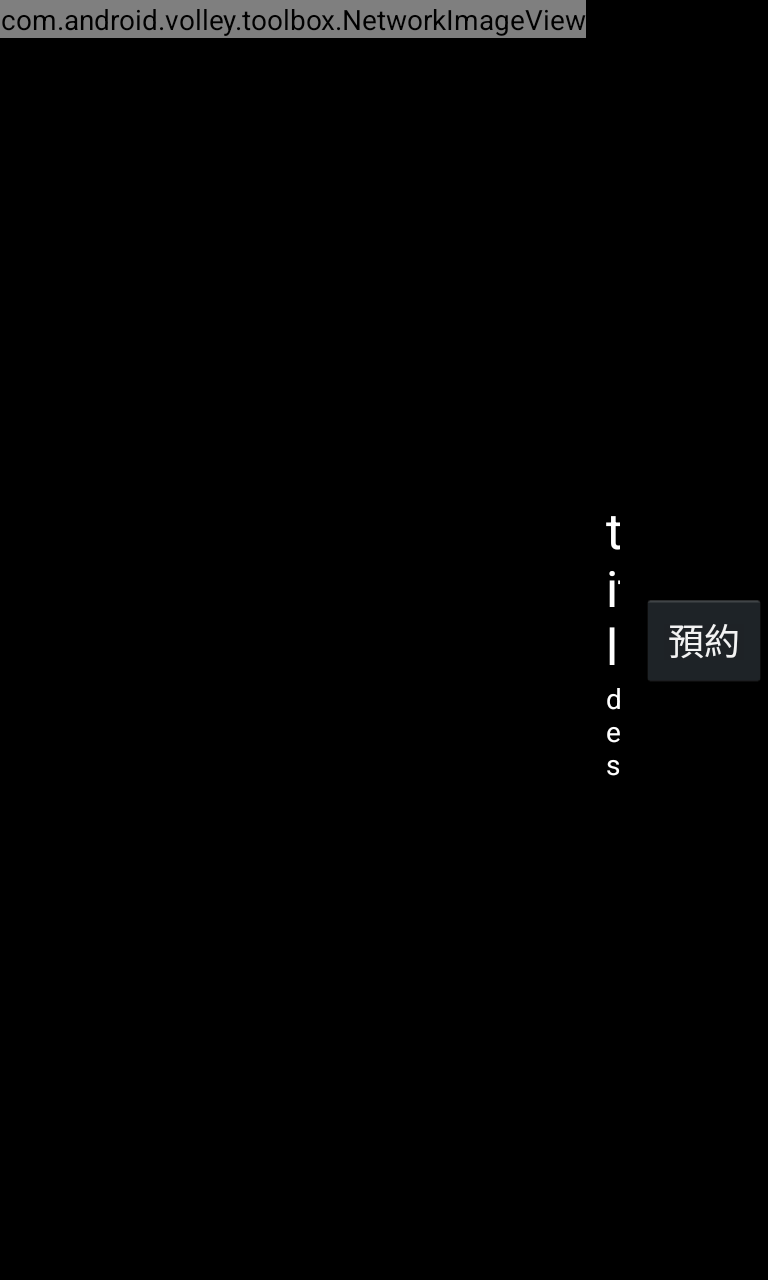
Repository: cnevinc/togather
Layout: GeorgeMe/res/layout/list_item_shop.xml
An editor plug-in stored every save of this project. The layout is shown before and after the next save, followed by the edit.
Pictures or frames that could not be fetched are drawn as grey boxes. It is drawn on a 768 x 1280 px phone screen (xhdpi) without system bars, with theme android:Theme.Holo; the app's code is not run.

Above is the layout before, as saved 2014-07-26 18:48:29.

After the next save:
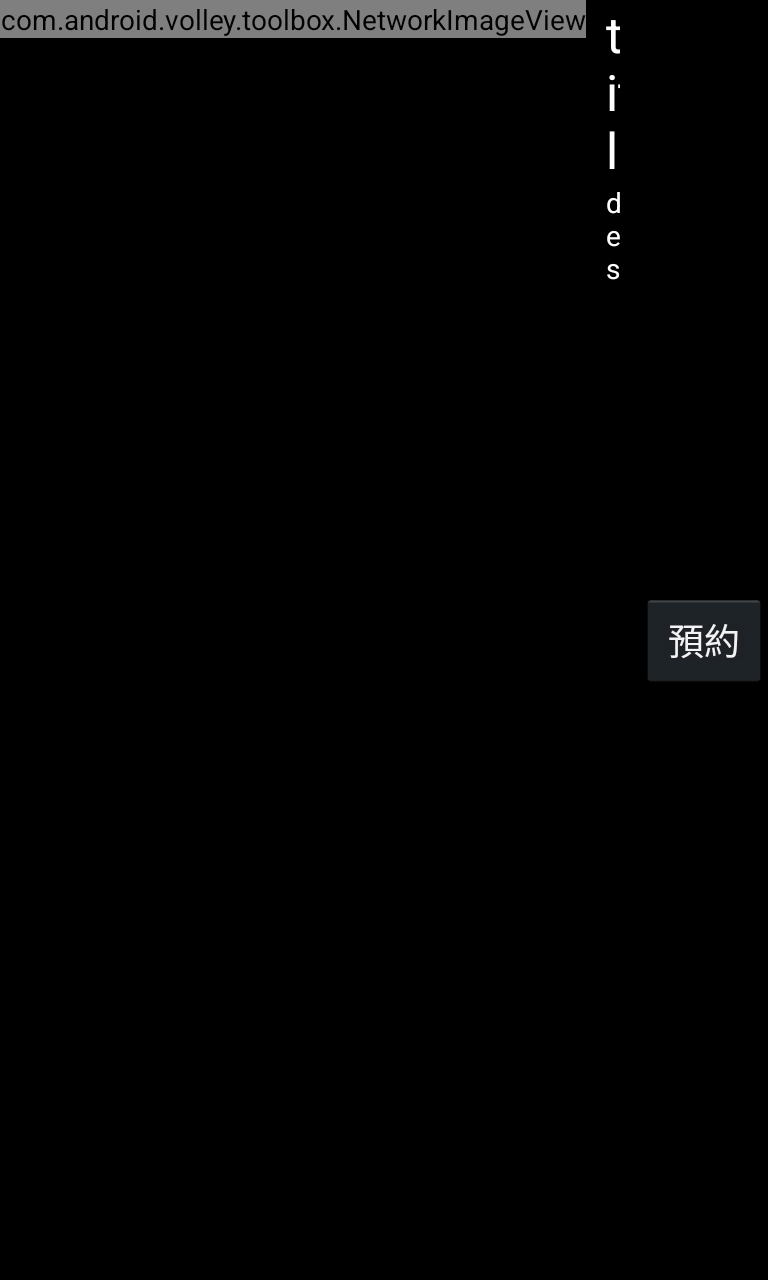
Saved 45 s later.
--- a/GeorgeMe/res/layout/list_item_shop.xml
+++ b/GeorgeMe/res/layout/list_item_shop.xml
@@ -52,7 +52,6 @@
             android:id="@+id/relativeLayout1"
             android:layout_width="wrap_content"
             android:layout_height="wrap_content"
-            android:layout_centerInParent="true"
             android:layout_marginLeft="10dp"
             android:layout_marginRight="10dp"
             android:layout_toLeftOf="@+id/main_action"

After the save that followed:
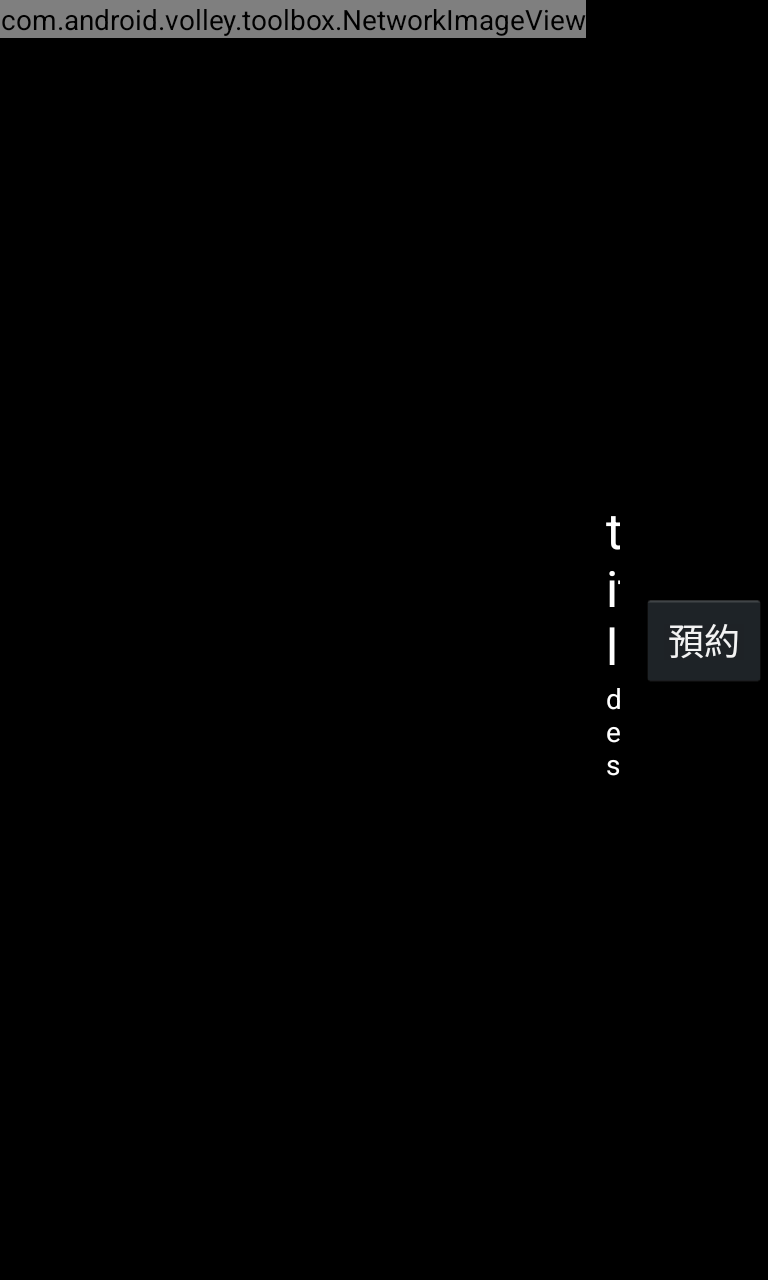
Saved 17 s later.
--- a/GeorgeMe/res/layout/list_item_shop.xml
+++ b/GeorgeMe/res/layout/list_item_shop.xml
@@ -52,6 +52,7 @@
             android:id="@+id/relativeLayout1"
             android:layout_width="wrap_content"
             android:layout_height="wrap_content"
+            android:layout_centerInParent="true"
             android:layout_marginLeft="10dp"
             android:layout_marginRight="10dp"
             android:layout_toLeftOf="@+id/main_action"
